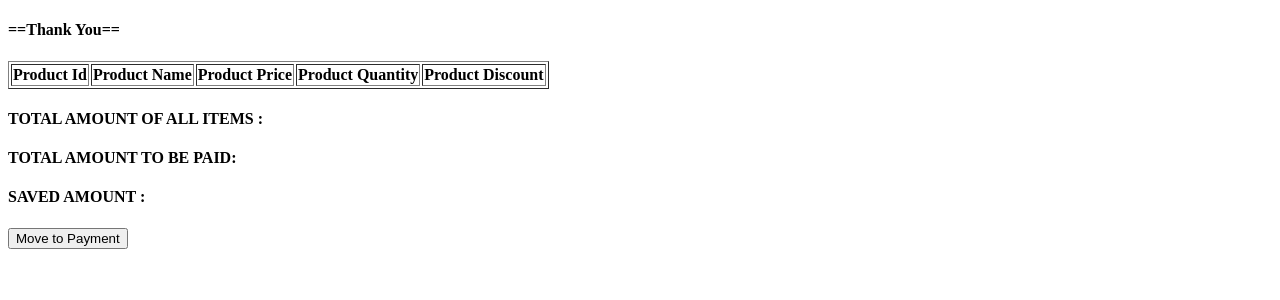
Repository: palakbari/Spring-MVC
Page: http://localhost/ShoppingSystem/display_bill.jsp
An editor plug-in stored every save of this project. The page is shown before and after the next save, followed by the edit.
The browser window is 1280 px wide. The pictures show the whole page.
The page is served by Tomcat 9. Other server files are loaded and not shown. The template is opened directly, without the code that normally fills it, so the values that code supplies are empty.

Above is the page before, as saved 2024-06-25 14:41:08.

### ShoppingSystem/src/main/webapp/display_bill.jsp
<%@ page language="java" contentType="text/html; charset=ISO-8859-1"
    pageEncoding="ISO-8859-1"%>
<%@ taglib uri="http://java.sun.com/jsp/jstl/core" prefix="c"%>
<!DOCTYPE html>
<html>
<head>
<meta charset="ISO-8859-1">
<title>Bill</title>
</head>
<body>
	<h4>==Thank You==</h4>
        <table border = 1>
            <tr>
                <th>Product Id</th>
                <th>Product Name</th>
                <th>Product Price</th>
                <th>Product Quantity</th>
                <th>Product Discount</th>
            </tr>
            <c:forEach var="cart" items="${list}">
                <tr>
                    <td>${cart.pro_id}</td>
                    <td>${cart.pro_name}</td>
                    <td>${cart.pro_price}</td>
                    <td>${cart.pro_quantity}</td>
                    <td>${cart.pro_discount}</td>
                </tr>
            </c:forEach>
        </table>
	<h4>TOTAL AMOUNT OF ALL ITEMS :  ${Amount_list} </h4>
	<h4>TOTAL AMOUNT TO BE PAID:  ${Discount_list} </h4>
	<h4>SAVED AMOUNT :  ${Saved_list} </h4>

	<form action="payment">
		<input type="hidden" name="discount_amt" value="${Discount_list}"/>
		<input type="submit" value="Move to Payment"/>
	</form>

</body>
</html>

After the next save:
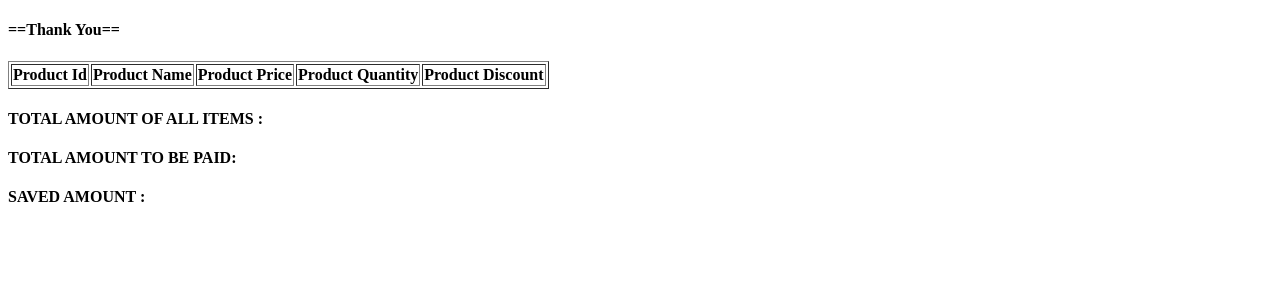
Saved 5 min 16 s later.
--- a/ShoppingSystem/src/main/webapp/display_bill.jsp
+++ b/ShoppingSystem/src/main/webapp/display_bill.jsp
@@ -31,10 +31,10 @@
 	<h4>TOTAL AMOUNT TO BE PAID:  ${Discount_list} </h4>
 	<h4>SAVED AMOUNT :  ${Saved_list} </h4>
 
-	<form action="payment">
+	<%-- <form action="payment">
 		<input type="hidden" name="discount_amt" value="${Discount_list}"/>
 		<input type="submit" value="Move to Payment"/>
-	</form>
+	</form>  --%>
 
 </body>
 </html>
